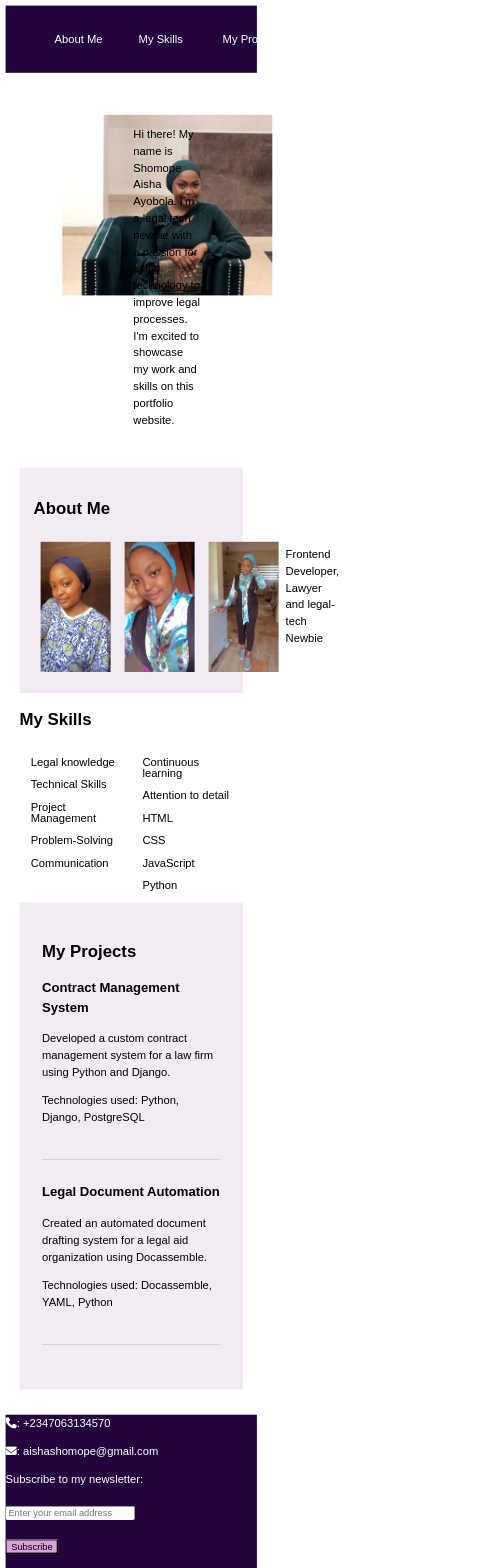
Repository: Iyewande/AishasPortfolio
Page: Index.html
These files come from the project's save history. The page is drawn as it stood at one moment and after the next save; the edit follows.
The browser window is 375 px wide. The page is 668 px wide, then 684 px, then 668 px, so the pictures cover 684 px, including what lies to the right of the window. The pictures show the part of the page from y = 0 to 2240 px (the page is 2301 px tall before and 3255 px after), at 70% of full size.
Some web libraries are served in a nearby version.

Above is the page before, as saved 2023-05-04 22:54:05.

After the next save:
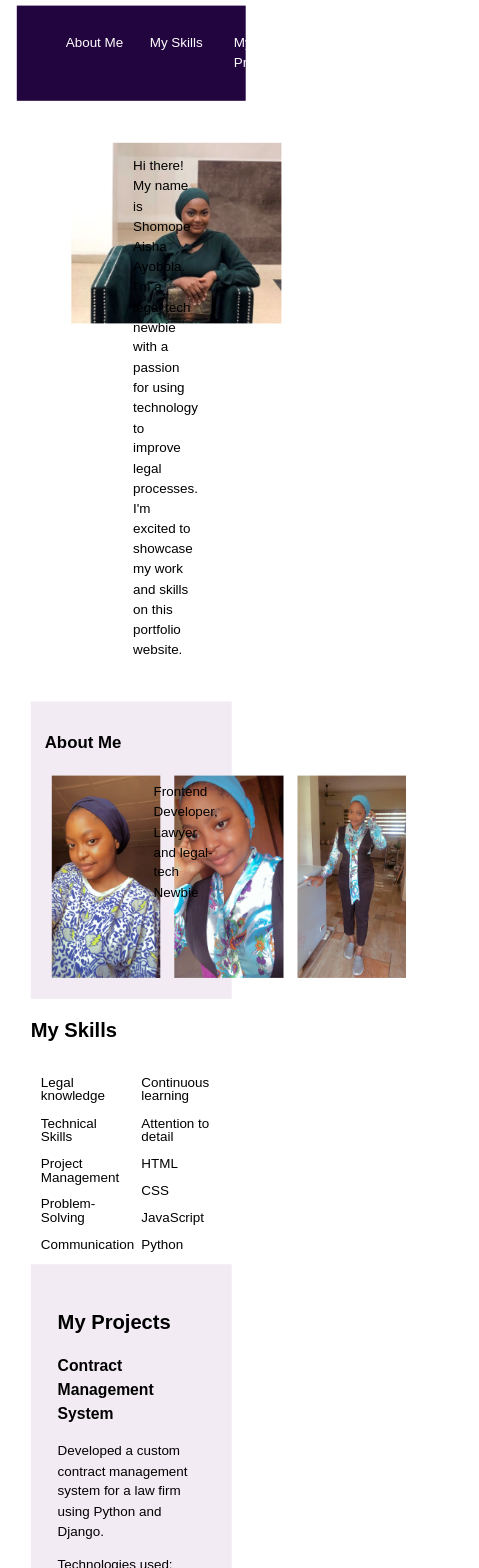
Saved 5 min 28 s later.
--- a/Style.css
+++ b/Style.css
@@ -168,6 +168,26 @@
     padding: 20px;
 }
 
+ /* Default styling for larger screens */
+header, main, footer {
+  width: 80%;
+  margin: 0 auto;
+  font-size: 1.2em;
+}
+
+/* Media query for smaller screens */
+@media screen and (max-width: 600px) {
+    width: 100%;
+    margin: 0;
+    font-size: 1em;
+  }
+
+  #about img {
+    width: 100%;
+    height: auto;
+  }
+
+}
 /* Footer styles */
 footer{
     background-color: rgb(34, 4, 63);

After the save that followed:
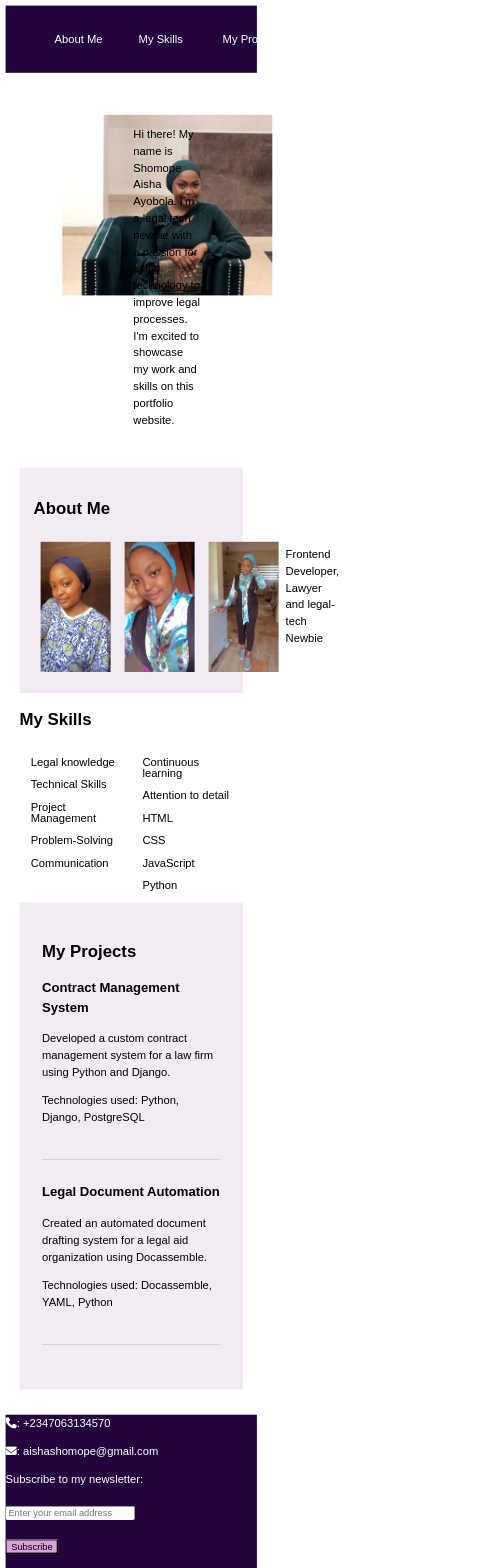
Saved 9 min 26 s later.
--- a/Style.css
+++ b/Style.css
@@ -58,9 +58,9 @@
 }
 
 #me1{
-flex: 30%;
-padding: 10px;
-width: 100px;
+  flex: 30%;
+  padding: 10px;
+  width: 100px;
 }
 
 #me2{
@@ -168,26 +168,6 @@
     padding: 20px;
 }
 
- /* Default styling for larger screens */
-header, main, footer {
-  width: 80%;
-  margin: 0 auto;
-  font-size: 1.2em;
-}
-
-/* Media query for smaller screens */
-@media screen and (max-width: 600px) {
-    width: 100%;
-    margin: 0;
-    font-size: 1em;
-  }
-
-  #about img {
-    width: 100%;
-    height: auto;
-  }
-
-}
 /* Footer styles */
 footer{
     background-color: rgb(34, 4, 63);
@@ -206,7 +186,6 @@
     color: white;
 }
 
-
 /* Focus Style */
 input:focus {
     background-color: plum;
